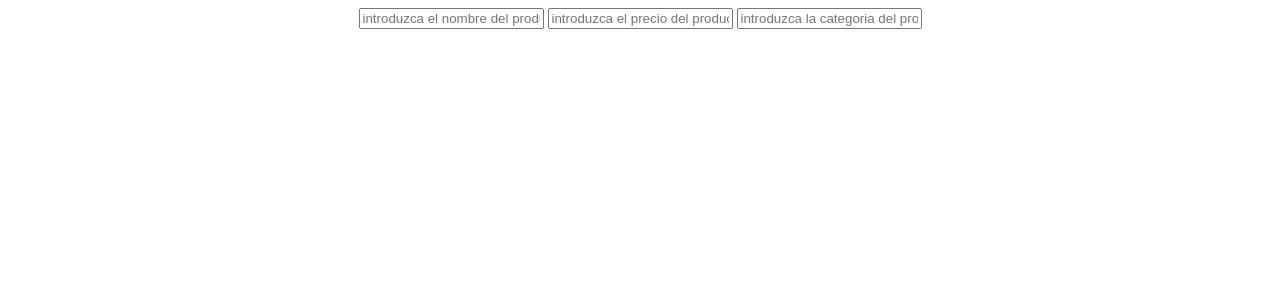
Repository: angegon/Developing-Applications-for-the-Java-EE-Platform
Page: javaee/17_carrito_compra_jsp/WebContent/agregar.html
An editor plug-in stored every save of this project. The page is shown before and after the next save, followed by the edit.
The browser window is 1280 px wide. The pictures show the whole page.

Above is the page before, as saved 2016-12-22 16:41:18.

### javaee/17_carrito_compra_jsp/WebContent/agregar.html
<!DOCTYPE html>
<html>
<head>
<meta charset="ISO-8859-1">
<title>Insert title here</title>
</head>
<body>
<center>
<form action="agregar" method="post">
<input type="text" name="nombre" placeholder="introduzca el nombre del producto"/>
<input type="text" name="precio" placeholder="introduzca el precio del producto"/>
<input type="text" name="categoria" placeholder="introduzca la categoria del producto"/>
</form>
</center>
</body>
</html>

After the next save:
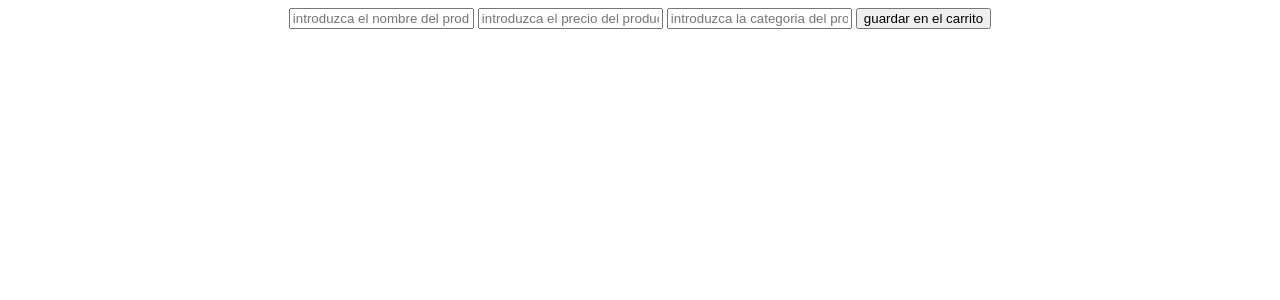
Saved 23 s later.
--- a/javaee/17_carrito_compra_jsp/WebContent/agregar.html
+++ b/javaee/17_carrito_compra_jsp/WebContent/agregar.html
@@ -10,6 +10,7 @@
 <input type="text" name="nombre" placeholder="introduzca el nombre del producto"/>
 <input type="text" name="precio" placeholder="introduzca el precio del producto"/>
 <input type="text" name="categoria" placeholder="introduzca la categoria del producto"/>
+<input type="submit" value="guardar en el carrito"/>
 </form>
 </center>
 </body>
